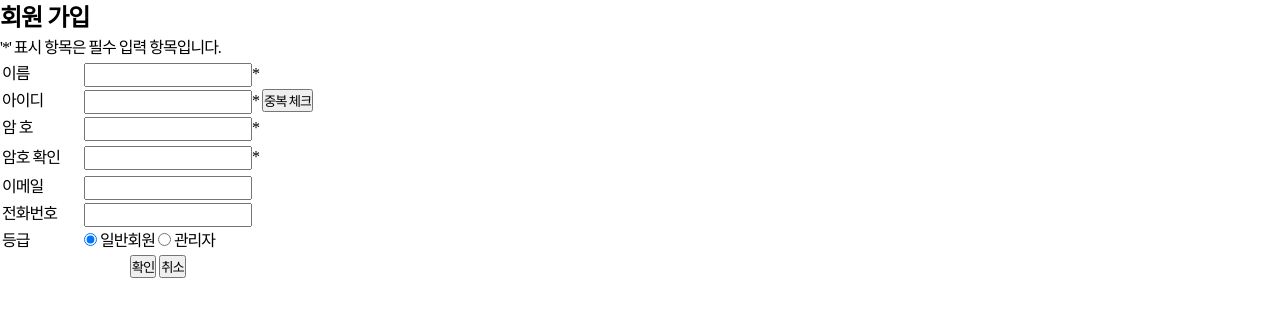
Repository: InhoKang92/jsp_1018
Page: http://localhost/Web_01/ModernServlet?command=mdh_join_form
These files come from the project's save history. The page is drawn as it stood at one moment and after the next save; the edit follows.
The browser window is 1280 px wide. The pictures show the whole page.
Some web fonts or font styles are not loaded; a fallback is used. The page is served by Tomcat 9.

Above is the page before, as saved 2024-10-16 01:52:06.

After the next save:
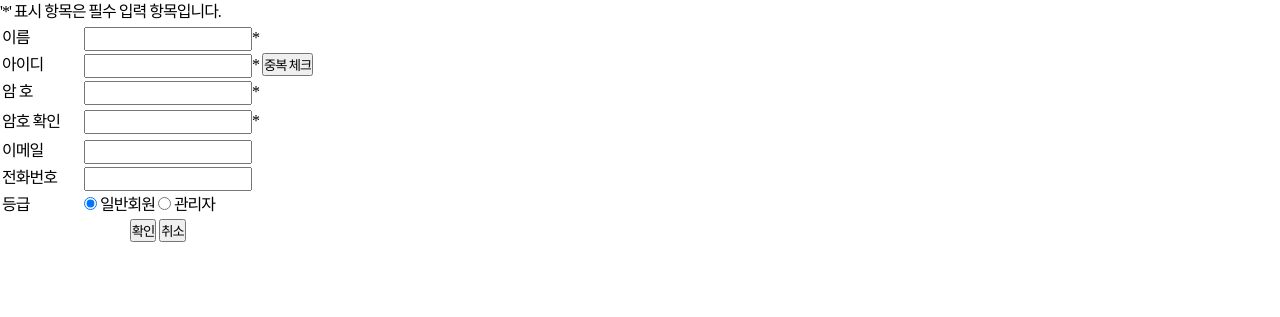
Saved 34 s later.
--- a/Web_01/src/main/webapp/member/join.jsp
+++ b/Web_01/src/main/webapp/member/join.jsp
@@ -12,7 +12,6 @@ pageEncoding="UTF-8"%>
 </head>
 <body>
 
-	<h2>회원 가입</h2>
       '*' 표시 항목은 필수 입력 항목입니다.
       <form action="join.do" method="post" name="frm">
         <table>
